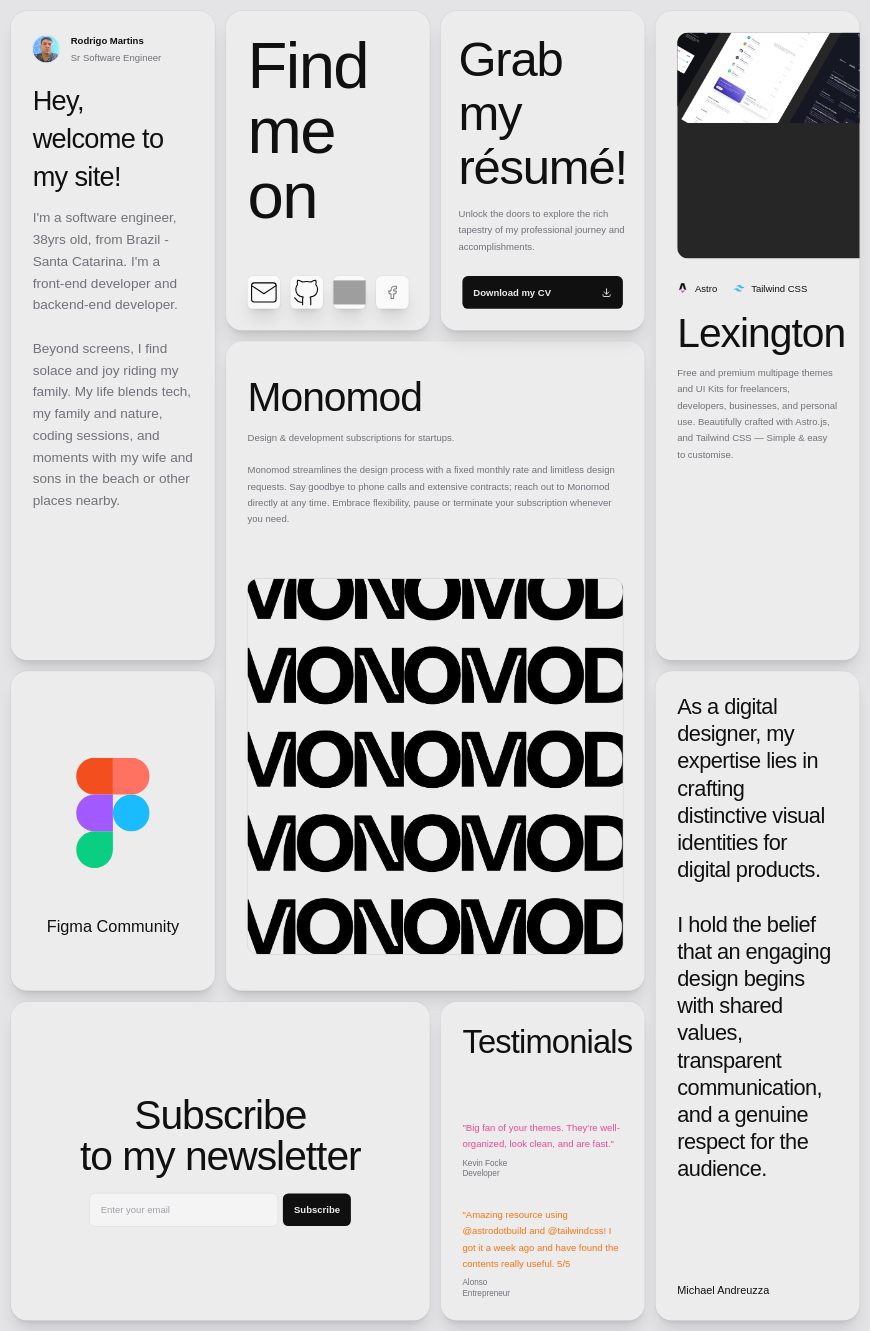
Repository: rodrigotxt/rodrigotxt.github.io
Page: index.html
An editor plug-in stored every save of this project. The page is shown before and after a run of saves, followed by the edit.
The browser window is 1280 px wide. The pictures show the whole page, at 68% of full size.
Pictures or frames that could not be fetched are drawn as grey boxes.

Above is the page before, as saved 2024-03-26 01:06:33.

After the next 2 saves:
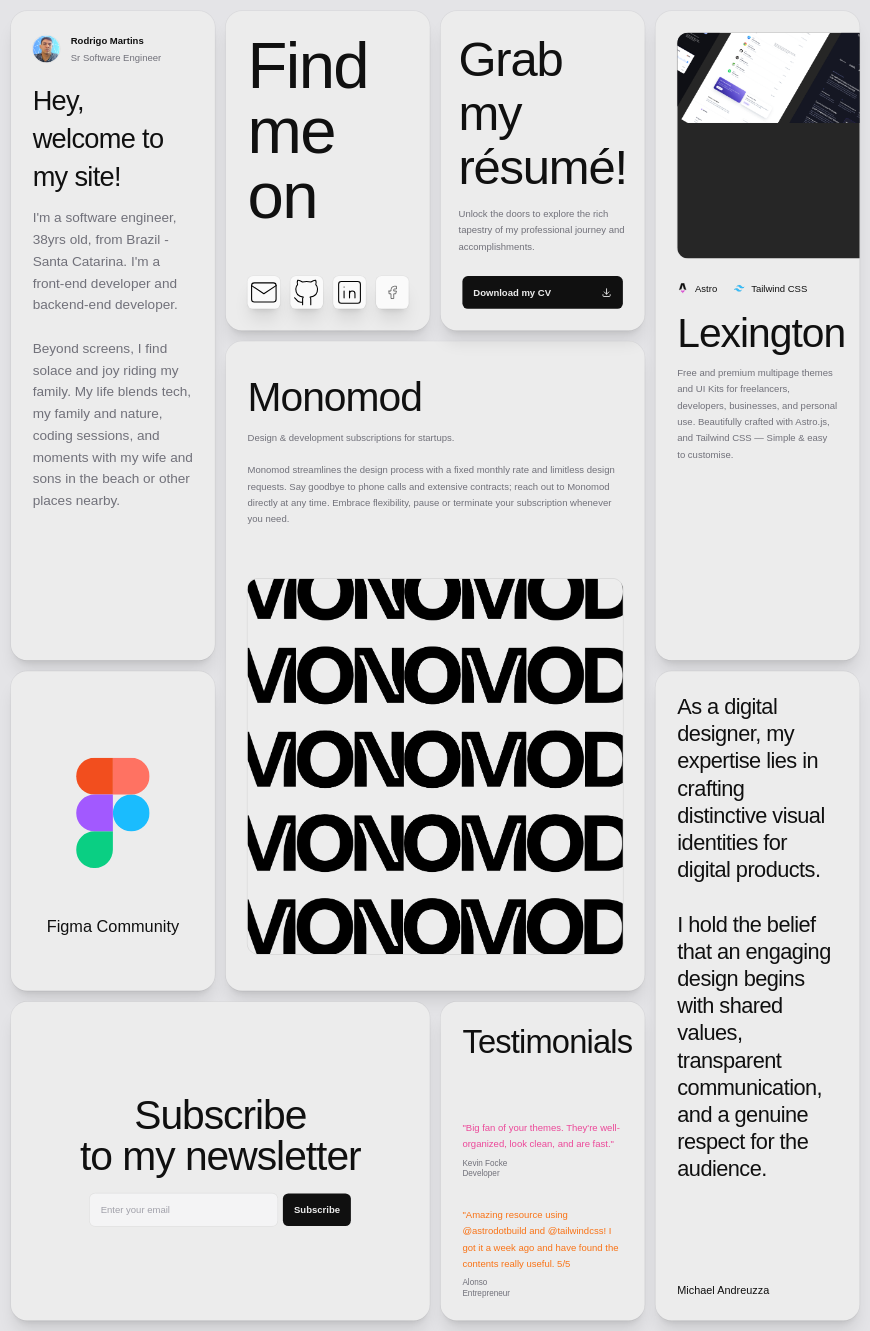
The 2 saves are shown as one change because they came seconds apart.
The last was saved 5 s later.
--- /dev/null
+++ b/img/linkedin.svg
@@ -0,0 +1,19 @@
+<svg
+                  xmlns="http://www.w3.org/2000/svg"
+                  class="icon icon-tabler h-6 w-6 group-hover:scale-125 duration-300 text-primary dark:text-white group-hover text-primary:dark:text-white/50 icon-tabler-brand-linkedin"
+                  viewBox="0 0 24 24"
+                  stroke-width="0.8"
+                  stroke="currentColor"
+                  fill="none"
+                  stroke-linecap="round"
+                  stroke-linejoin="round"
+                >
+                  <path stroke="none" d="M0 0h24v24H0z" fill="none"></path>
+                  <path
+                    d="M4 4m0 2a2 2 0 0 1 2 -2h12a2 2 0 0 1 2 2v12a2 2 0 0 1 -2 2h-12a2 2 0 0 1 -2 -2z"
+                  ></path>
+                  <path d="M8 11l0 5"></path>
+                  <path d="M8 8l0 .01"></path>
+                  <path d="M12 16l0 -5"></path>
+                  <path d="M16 16v-3a2 2 0 0 0 -4 0"></path>
+                </svg>
